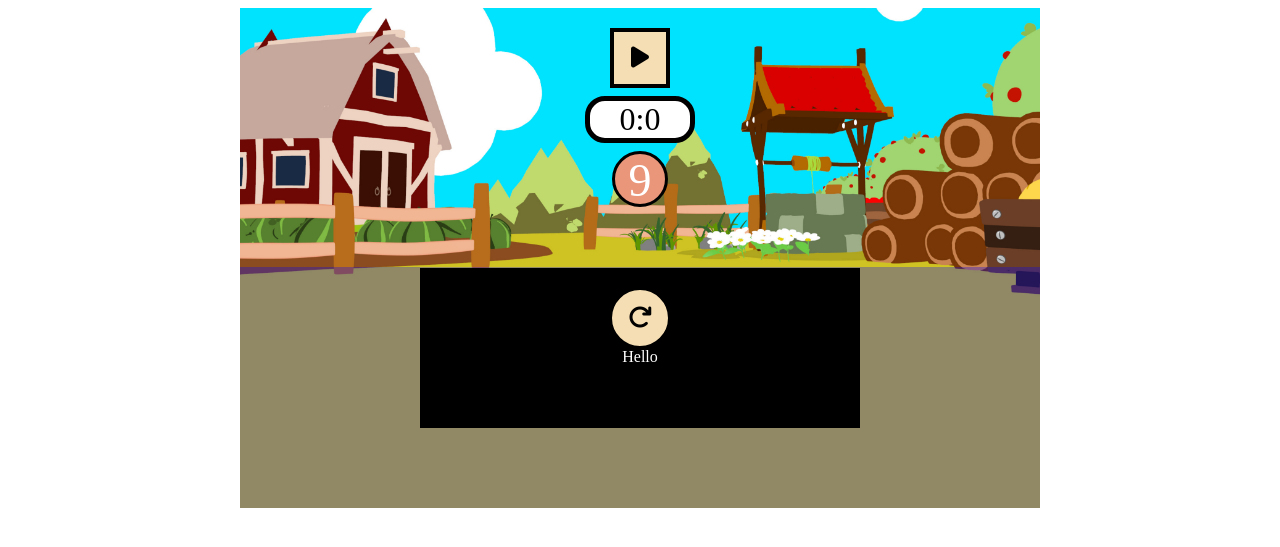
Repository: rumor1993/DreamCoding-Browser101
Page: Chapter07/ellie/index.html
An editor plug-in stored every save of this project. The page is shown before and after the next save, followed by the edit.
The browser window is 1280 px wide. The pictures show the whole page.
Some web libraries are served in a nearby version.

Above is the page before, as saved 2021-01-03 18:48:25.

After the next save:
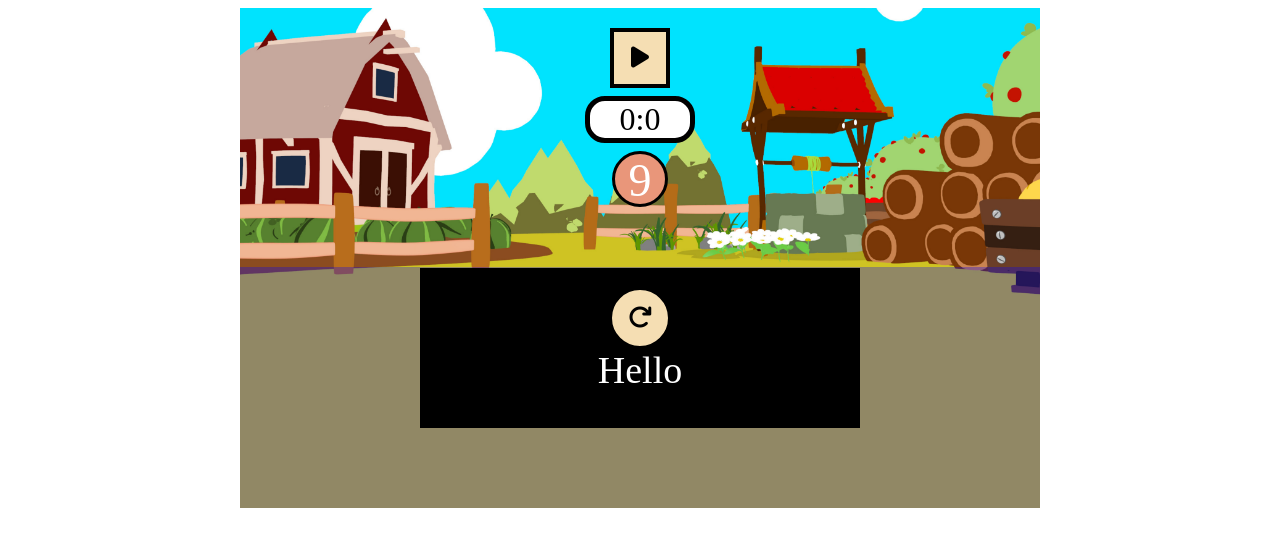
Saved 27 s later.
--- a/Chapter07/ellie/index.css
+++ b/Chapter07/ellie/index.css
@@ -89,4 +89,5 @@ body {
 
 .pop-up-message {
   display: block;
+  font-size: 38px;
 }
